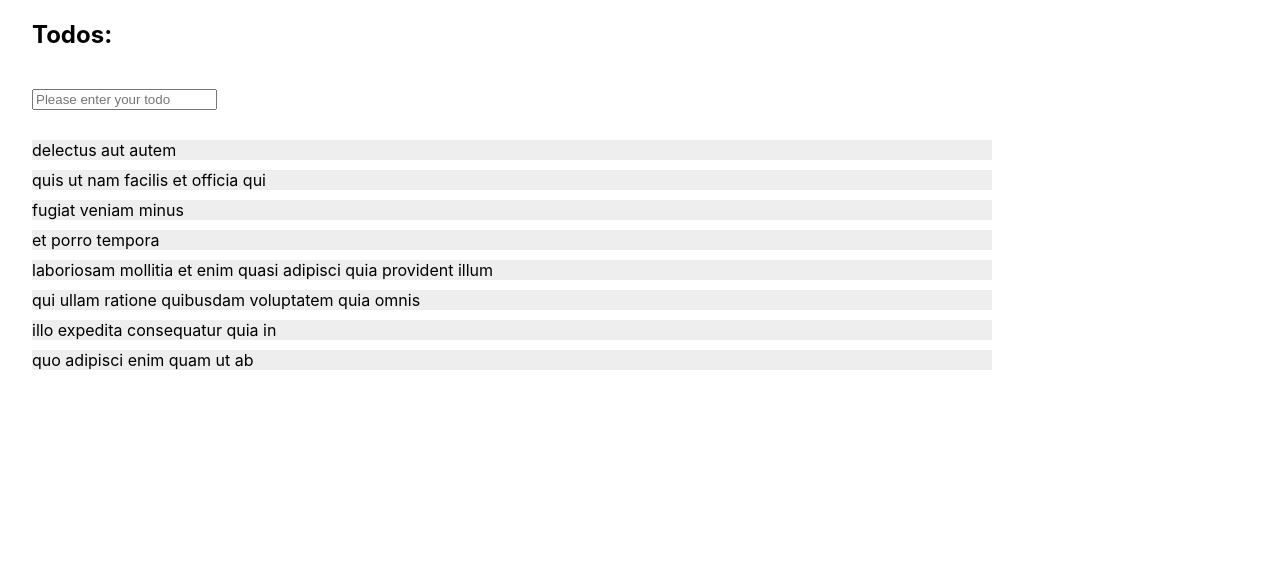
Repository: vhoreho/react
Page: / (app in myapp/)
These files come from the project's save history. The page is drawn as it stood at one moment and after the next save; the edit follows.
The browser window is 1280 px wide. The pictures show the whole page.
The project was rebuilt for these pictures with package versions that can differ from the ones it lists, and the page was loaded fresh each time.

Above is the page before, as saved 2022-08-08 21:32:09.

After the next save:
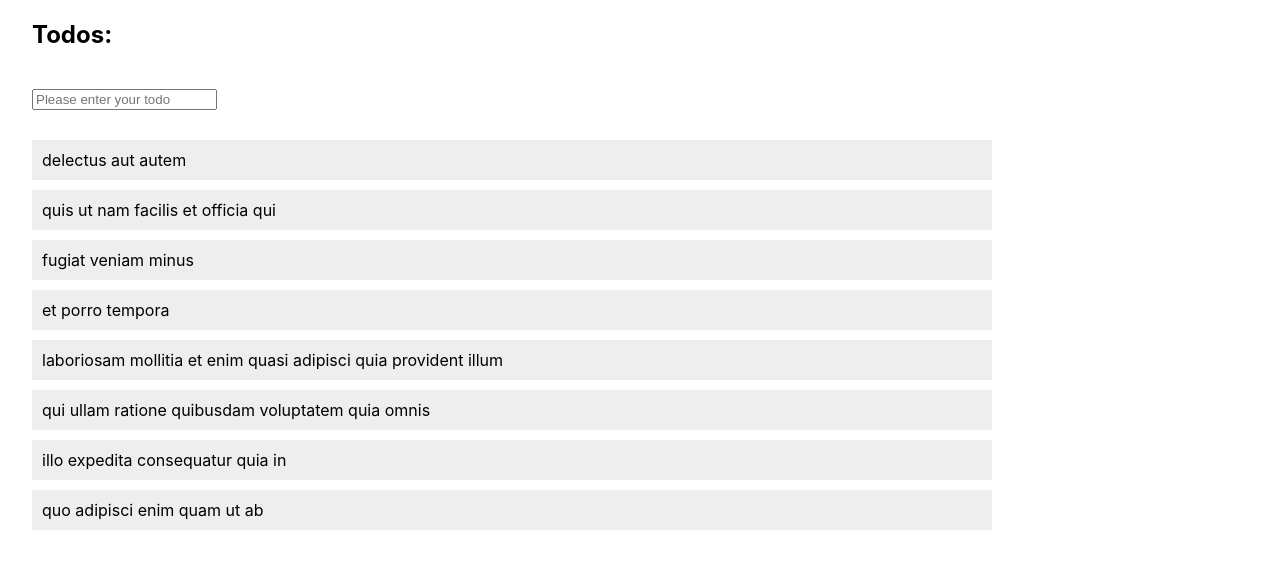
Saved 12 s later.
--- a/myapp/src/components/TodoItem.js
+++ b/myapp/src/components/TodoItem.js
@@ -6,7 +6,8 @@
         <li style={{
             background: '#eee',
             display: 'block',
-            margin: '10px 0'
+            margin: '10px 0',
+            padding: '10px'
         }}>
             {title}
         </li>
